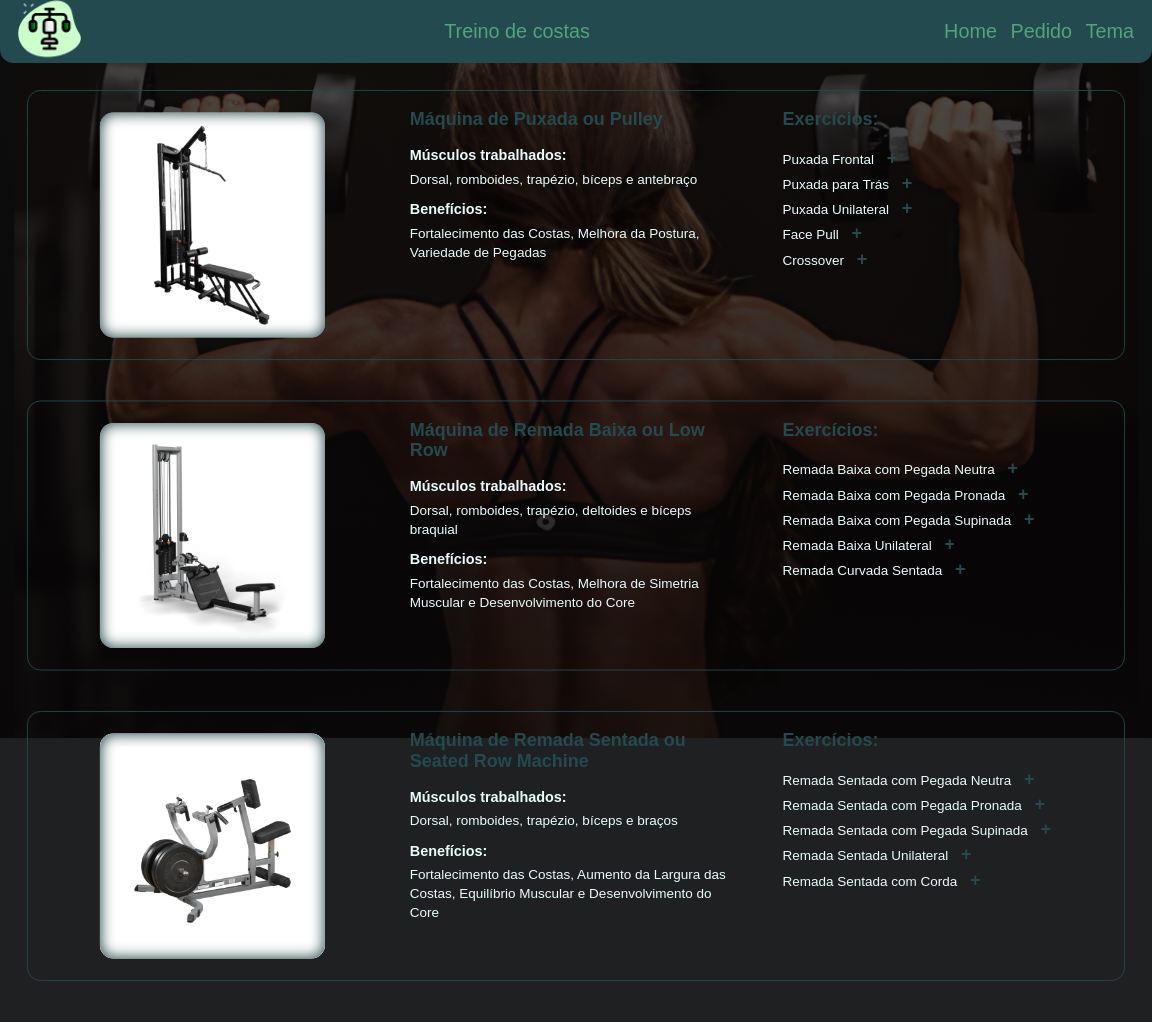
Repository: Marinalr-25/Projeto-Aparelhos-de-Academia
Page: costas.html
The author's editor kept a copy of each file at every save. The page is drawn from the files as they stood at one save, then again after a run of saves.
The browser window is 1280 px wide. The pictures show the whole page, at 90% of full size.
Backgrounds fixed to the window are drawn as part of the page.

Above is the page before, as saved 2025-01-07 18:21:10.
Console error: TypeError: Cannot read properties of null (reading 'addEventListener')

After the next 3 saves:
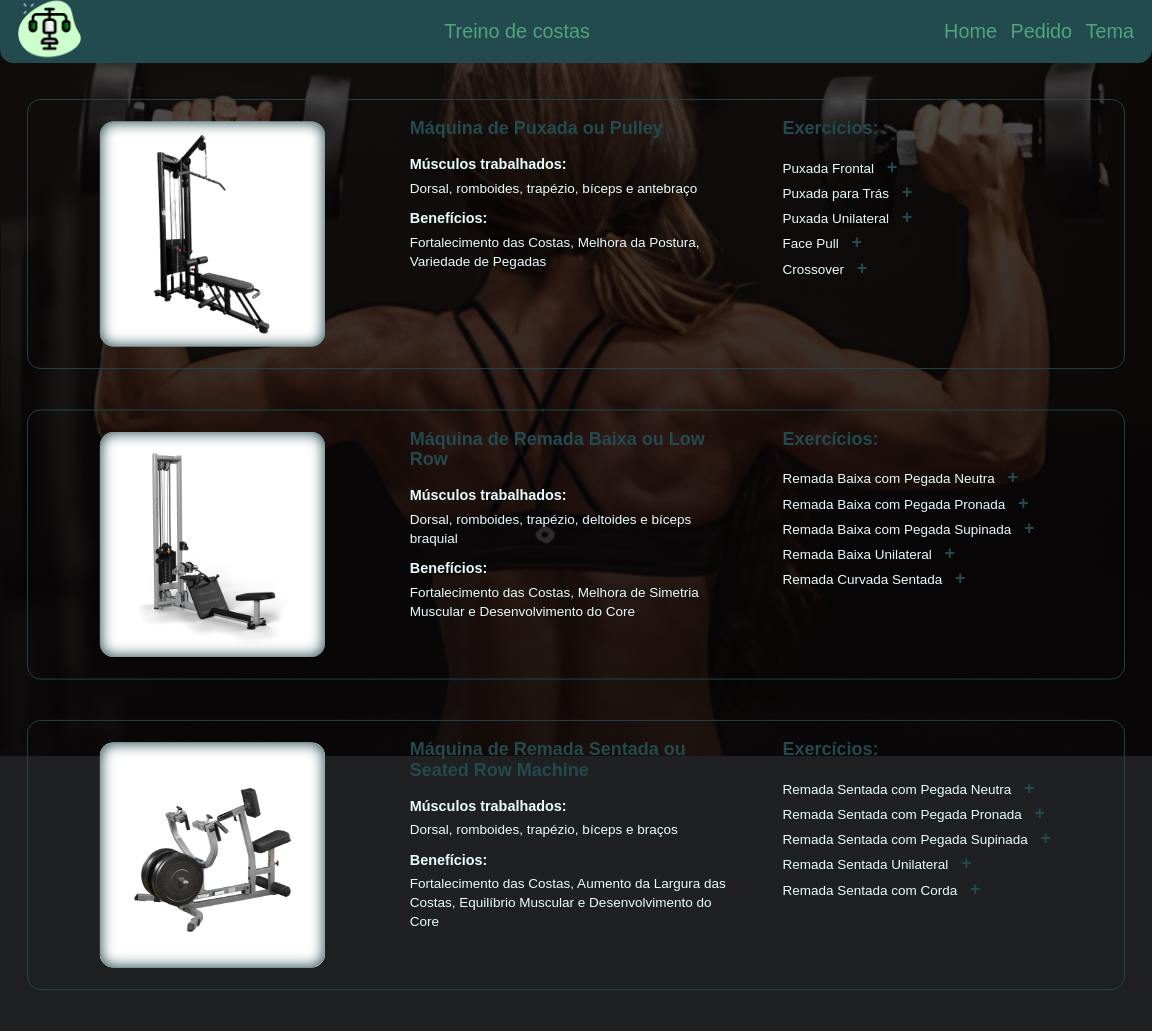
The 3 saves are shown as one change because they came seconds apart.
The last was saved 103 s later.
--- a/css/style.css
+++ b/css/style.css
@@ -432,7 +432,7 @@ main {
 }
 
 .body.costas {
-  margin: 5rem 3rem;
+  margin: 6rem 3rem;
   color: var(--clara);
   background-color: #1e2021;
   background-image: linear-gradient(rgba(7, 5, 5, 0.7), rgba(7, 5, 5, 0.9)),
